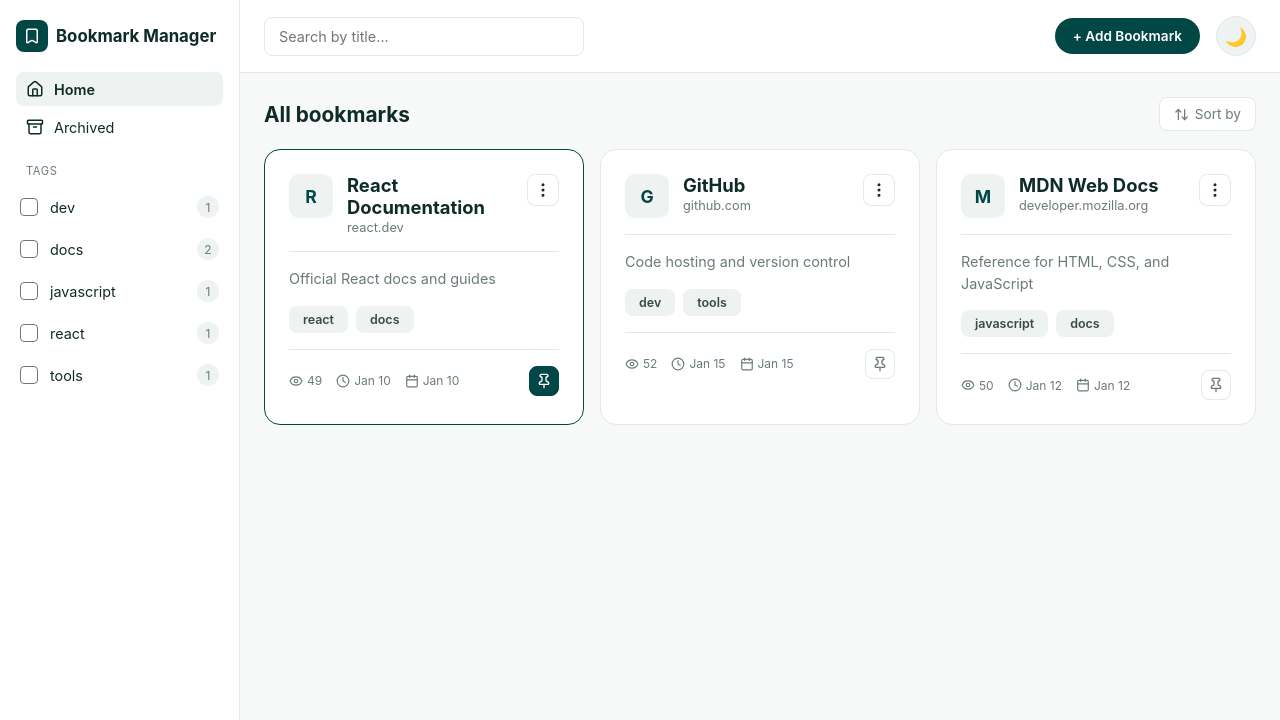
Repository: K0k1M4r/Big-Game-React
Page: /
These files come from the project's save history. The page is drawn as it stood at one moment and after the next save; the edit follows.
The browser window is 1280 px wide. The pictures show the whole page.
The project was rebuilt for these pictures with package versions that can differ from the ones it lists, and the page was loaded fresh each time. Also part of the build but not shown: vite.config.js, src/components/Modal.jsx, src/components/BookmarkForm.jsx, src/components/ConfirmModal.jsx.

Above is the page before, as saved 2026-10-02 02:47:49.

### index.html
<!doctype html>
<html lang="en">
  <head>
    <meta charset="UTF-8" />
    <link rel="icon" type="image/svg+xml" href="/favicon.svg" />
    <meta name="viewport" content="width=device-width, initial-scale=1.0" />
    <title>bookmark-manager</title>
  </head>
  <body>
    <div id="root"></div>
    <script type="module" src="/src/main.jsx"></script>
  </body>
</html>

### src/App.jsx
import { useState, useEffect } from "react";
import Header from "./components/Layout/Header";
import Sidebar from "./components/Layout/Sidebar";
import SortSelect from "./components/SortSelect";
import BookmarkList from "./components/BookmarkList";
import Modal from "./components/Modal";
import BookmarkForm from "./components/BookmarkForm";
import ConfirmModal from "./components/ConfirmModal";

const CONFIRM_CONFIG = {
  archive: {
    title: "Archive bookmark",
    message: "Are you sure you want to archive this bookmark?",
    confirmLabel: "Archive",
  },
  unarchive: {
    title: "Unarchive bookmark",
    message: "Move this bookmark back to your active list?",
    confirmLabel: "Unarchive",
  },
  delete: {
    title: "Delete bookmark",
    message: "Are you sure you want to delete this bookmark?",
    confirmLabel: "Delete Permanently",
    destructive: true,
  },
};

function App() {
  const [bookmarks, setBookmarks] = useState([]);
  const [isLoading, setIsLoading] = useState(true);
  const [isModalOpen, setIsModalOpen] = useState(false);
  const [editingBookmark, setEditingBookmark] = useState(null);
  const [currentView, setCurrentView] = useState("all");
  const [searchTerm, setSearchTerm] = useState("");
  const [selectedTag, setSelectedTag] = useState("All");
  const [sortOption, setSortOption] = useState("newest");
  const [isSidebarOpen, setIsSidebarOpen] = useState(false);
  const [pendingAction, setPendingAction] = useState(null); // { type: "archive" | "unarchive" | "delete", id }
  const [theme, setTheme] = useState(
    () => localStorage.getItem("theme") || "light"
  );

  useEffect(() => {
    const stored = localStorage.getItem("bookmarks");

    if (stored) {
      setTimeout(() => {
        setBookmarks(JSON.parse(stored));
        setIsLoading(false);
      }, 800);
    } else {
      fetch("/data/bookmarks.json")
        .then((res) => res.json())
        .then((data) => {
          setTimeout(() => {
            setBookmarks(data);
            setIsLoading(false);
          }, 800);
        })
        .catch((err) => {
          console.error("Failed to load bookmarks:", err);
          setIsLoading(false);
        });
    }
  }, []);

  useEffect(() => {
    if (!isLoading) {
      localStorage.setItem("bookmarks", JSON.stringify(bookmarks));
    }
  }, [bookmarks, isLoading]);

  useEffect(() => {
    localStorage.setItem("theme", theme);
    document.documentElement.setAttribute("data-theme", theme);
  }, [theme]);

  function toggleTheme() {
    setTheme((prev) => (prev === "light" ? "dark" : "light"));
  }

  function handleAddBookmark(newBookmark) {
    setBookmarks((prev) => [...prev, newBookmark]);
    closeModal();
  }

  function handleUpdateBookmark(updatedBookmark) {
    setBookmarks((prev) =>
      prev.map((b) => (b.id === updatedBookmark.id ? updatedBookmark : b))
    );
    closeModal();
  }

  function handleTogglePin(id) {
    setBookmarks((prev) =>
      prev.map((b) => (b.id === id ? { ...b, pinned: !b.pinned } : b))
    );
  }

  function handleRequestArchiveToggle(id) {
    const bookmark = bookmarks.find((b) => b.id === id);
    if (!bookmark) return;
    setPendingAction({ type: bookmark.archived ? "unarchive" : "archive", id });
  }

  function handleRequestDelete(id) {
    setPendingAction({ type: "delete", id });
  }

  function confirmPendingAction() {
    if (!pendingAction) return;
    const { type, id } = pendingAction;

    if (type === "delete") {
      setBookmarks((prev) => prev.filter((b) => b.id !== id));
    } else {
      setBookmarks((prev) =>
        prev.map((b) => (b.id === id ? { ...b, archived: !b.archived } : b))
      );
    }

    setPendingAction(null);
  }

  function cancelPendingAction() {
    setPendingAction(null);
  }

  function openAddModal() {
    setEditingBookmark(null);
    setIsModalOpen(true);
  }

  function openEditModal(bookmark) {
    setEditingBookmark(bookmark);
    setIsModalOpen(true);
  }

  function closeModal() {
    setIsModalOpen(false);
    setEditingBookmark(null);
  }

  function handleChangeView(view) {
    setCurrentView(view);
    setIsSidebarOpen(false);
  }

  function handleSelectTag(tag) {
    setSelectedTag(tag);
    setIsSidebarOpen(false);
  }

  const viewFiltered = bookmarks.filter((b) =>
    currentView === "archived" ? b.archived : !b.archived
  );

  const searchFiltered = viewFiltered.filter((b) => {
    const term = searchTerm.trim().toLowerCase();
    if (!term) return true;
    return (
      b.title.toLowerCase().includes(term) ||
      b.description.toLowerCase().includes(term)
    );
  });

  const tagFiltered = searchFiltered.filter((b) =>
    selectedTag === "All" ? true : b.tags.includes(selectedTag)
  );

  const visibleBookmarks = [...tagFiltered].sort((a, b) => {
    if (a.pinned !== b.pinned) return a.pinned ? -1 : 1;

    switch (sortOption) {
      case "newest":
        return new Date(b.createdAt) - new Date(a.createdAt);
      case "oldest":
        return new Date(a.createdAt) - new Date(b.createdAt);
      case "az":
        return a.title.localeCompare(b.title);
      case "za":
        return b.title.localeCompare(a.title);
      default:
        return 0;
    }
  });

  const tagCounts = {};
  viewFiltered.forEach((b) => {
    b.tags.forEach((tag) => {
      tagCounts[tag] = (tagCounts[tag] || 0) + 1;
    });
  });
  const tagsWithCounts = Object.keys(tagCounts)
    .sort()
    .map((name) => ({ name, count: tagCounts[name] }));

  return (
    <div className="app">
      <div className="app-body">
        {isSidebarOpen && (
          <div
            className="sidebar-backdrop"
            onClick={() => setIsSidebarOpen(false)}
          />
        )}

        <Sidebar
          currentView={currentView}
          onChangeView={handleChangeView}
          tags={tagsWithCounts}
          selectedTag={selectedTag}
          onSelectTag={handleSelectTag}
          isOpen={isSidebarOpen}
          onClose={() => setIsSidebarOpen(false)}
        />

        <div className="main-column">
          <Header
            theme={theme}
            onToggleTheme={toggleTheme}
            searchTerm={searchTerm}
            onSearchChange={setSearchTerm}
            onAddClick={openAddModal}
            onMenuClick={() => setIsSidebarOpen((prev) => !prev)}
          />

          <main className="app-main">
            <div className="content-header">
              <h2>{currentView === "archived" ? "Archived" : "All bookmarks"}</h2>
              <SortSelect sortOption={sortOption} onSortChange={setSortOption} />
            </div>

            {isLoading ? (
              <p>Loading bookmarks...</p>
            ) : (
              <BookmarkList
                bookmarks={visibleBookmarks}
                onEdit={openEditModal}
                onDelete={handleRequestDelete}
                onTogglePin={handleTogglePin}
                onToggleArchive={handleRequestArchiveToggle}
                currentView={currentView}
                searchTerm={searchTerm}
              />
            )}
          </main>
        </div>
      </div>

      {isModalOpen && (
        <Modal onClose={closeModal}>
          <BookmarkForm
            key={editingBookmark ? editingBookmark.id : "new"}
            initialData={editingBookmark}
            onSave={editingBookmark ? handleUpdateBookmark : handleAddBookmark}
            onCancel={closeModal}
          />
        </Modal>
      )}

      {pendingAction && (
        <ConfirmModal
          {...CONFIRM_CONFIG[pendingAction.type]}
          onConfirm={confirmPendingAction}
          onCancel={cancelPendingAction}
        />
      )}
    </div>
  );
}

export default App;

### src/components/Layout/Header.jsx
import SearchBar from "../SearchBar";

function Header({ theme, onToggleTheme, searchTerm, onSearchChange, onAddClick, onMenuClick }) {
  return (
    <header className="app-header">
      <button className="menu-btn" onClick={onMenuClick} aria-label="Toggle menu">
        ☰
      </button>

      <SearchBar searchTerm={searchTerm} onSearchChange={onSearchChange} />

      <button className="add-bookmark-btn" onClick={onAddClick}>
        <span className="add-bookmark-text">+ Add Bookmark</span>
        <span className="add-bookmark-icon">+</span>
      </button>

      <button
        className="theme-avatar-btn"
        onClick={onToggleTheme}
        title="Toggle theme"
      >
        {theme === "light" ? "🌙" : "☀️"}
      </button>
    </header>
  );
}

export default Header;

### src/components/Layout/Sidebar.jsx
import { Bookmark, Home, Archive, X } from "lucide-react";

function Sidebar({ currentView, onChangeView, tags = [], selectedTag, onSelectTag, isOpen, onClose }) {
  return (
    <nav className={`sidebar ${isOpen ? "sidebar-open" : ""}`}>
      <div className="sidebar-logo">
        <span className="logo-icon">
          <Bookmark size={18} />
        </span>
        Bookmark Manager

        <button
          className="sidebar-close-btn"
          onClick={onClose}
          aria-label="Close menu"
        >
          <X size={20} />
        </button>
      </div>

      <button
        className={currentView === "all" ? "active" : ""}
        onClick={() => onChangeView("all")}
      >
        <Home size={18} /> Home
      </button>
      <button
        className={currentView === "archived" ? "active" : ""}
        onClick={() => onChangeView("archived")}
      >
        <Archive size={18} /> Archived
      </button>

      <p className="sidebar-tags-label">Tags</p>

      <div className="sidebar-tags">
        {tags.map(({ name, count }) => (
          <label key={name} className="sidebar-tag">
            <input
              type="checkbox"
              checked={selectedTag === name}
              onChange={() =>
                onSelectTag(selectedTag === name ? "All" : name)
              }
            />
            <span className="tag-name">{name}</span>
            <span className="tag-count">{count}</span>
          </label>
        ))}
      </div>
    </nav>
  );
}

export default Sidebar;

### src/components/SortSelect.jsx
import { useState, useRef, useEffect } from "react";
import { ArrowUpDown, Check } from "lucide-react";

const OPTIONS = [
  { value: "newest", label: "Newest" },
  { value: "oldest", label: "Oldest" },
  { value: "az", label: "A-Z" },
  { value: "za", label: "Z-A" },
];

function SortSelect({ sortOption, onSortChange }) {
  const [open, setOpen] = useState(false);
  const wrapperRef = useRef(null);

  useEffect(() => {
    function handleClickOutside(e) {
      if (wrapperRef.current && !wrapperRef.current.contains(e.target)) {
        setOpen(false);
      }
    }
    document.addEventListener("mousedown", handleClickOutside);
    return () => document.removeEventListener("mousedown", handleClickOutside);
  }, []);

  return (
    <div className="sort-wrapper" ref={wrapperRef}>
      <button
        type="button"
        className="sort-trigger"
        onClick={() => setOpen((prev) => !prev)}
      >
        <ArrowUpDown size={15} />
        Sort by
      </button>

      {open && (
        <div className="sort-dropdown">
          {OPTIONS.map((opt) => (
            <button
              key={opt.value}
              type="button"
              className={opt.value === sortOption ? "active" : ""}
              onClick={() => {
                onSortChange(opt.value);
                setOpen(false);
              }}
            >
              <span>{opt.label}</span>
              {opt.value === sortOption && <Check size={16} />}
            </button>
          ))}
        </div>
      )}
    </div>
  );
}

export default SortSelect;

### src/components/BookmarkList.jsx
import BookmarkCard from "./BookmarkCard";

function BookmarkList({ bookmarks, onEdit, onDelete, onTogglePin, onToggleArchive, currentView, searchTerm }) {
  if (bookmarks.length === 0) {
    let message = "No bookmarks yet. Add one to get started!";

    if (searchTerm.trim()) {
      message = `No bookmarks match "${searchTerm}".`;
    } else if (currentView === "archived") {
      message = "No archived bookmarks.";
    }

    return <p className="empty-state">{message}</p>;
  }

  return (
    <div className="bookmark-list">
      {bookmarks.map((bookmark) => (
        <BookmarkCard
          key={bookmark.id}
          bookmark={bookmark}
          onEdit={onEdit}
          onDelete={onDelete}
          onTogglePin={onTogglePin}
          onToggleArchive={onToggleArchive}
        />
      ))}
    </div>
  );
}

export default BookmarkList;

### src/components/SearchBar.jsx
function SearchBar({ searchTerm, onSearchChange }) {
  return (
    <input
      type="text"
      placeholder="Search by title..."
      className="search-bar"
      value={searchTerm}
      onChange={(e) => onSearchChange(e.target.value)}
    />
  );
}

export default SearchBar;

### src/components/BookmarkCard.jsx
import { useState, useRef, useEffect } from "react";
import {
  MoreVertical,
  Eye,
  Calendar,
  Clock,
  Pin,
  PinOff,
  ExternalLink,
  Copy,
  Pencil,
  Archive,
  Trash2,
} from "lucide-react";
import TagList from "./TagList";

function getInitial(title) {
  return title.charAt(0).toUpperCase();
}

function formatDate(dateString) {
  return new Date(dateString).toLocaleDateString("en-US", {
    day: "numeric",
    month: "short",
  });
}

// Not a real analytics number — this app doesn't track views.
// Derived deterministically from the bookmark id so it stays stable
// across renders instead of changing randomly.
function pseudoViewCount(id) {
  let hash = 0;
  for (let i = 0; i < id.length; i++) {
    hash = (hash * 31 + id.charCodeAt(i)) % 1000;
  }
  return Math.abs(hash);
}

function getDomain(url) {
  try {
    return new URL(url).hostname.replace("www.", "");
  } catch {
    return url;
  }
}

function BookmarkCard({ bookmark, onEdit, onDelete, onTogglePin, onToggleArchive }) {
  const [menuOpen, setMenuOpen] = useState(false);
  const menuRef = useRef(null);

  useEffect(() => {
    function handleClickOutside(e) {
      if (menuRef.current && !menuRef.current.contains(e.target)) {
        setMenuOpen(false);
      }
    }
    document.addEventListener("mousedown", handleClickOutside);
    return () => document.removeEventListener("mousedown", handleClickOutside);
  }, []);

  function runAndClose(action) {
    action();
    setMenuOpen(false);
  }

  return (
    <div className={`bookmark-card ${bookmark.pinned ? "pinned" : ""}`}>
      <div className="bookmark-card-header">
        <div className="bookmark-favicon">{getInitial(bookmark.title)}</div>
        <div className="bookmark-title-group">
          <h3>{bookmark.title}</h3>
          <p className="bookmark-domain">{getDomain(bookmark.url)}</p>
        </div>

        <div className="card-menu" ref={menuRef}>
          <button
            className="card-menu-btn"
            onClick={() => setMenuOpen((prev) => !prev)}
            aria-label="More actions"
          >
            <MoreVertical size={18} />
          </button>

          {menuOpen && (
            <div className="card-menu-dropdown">
              <a
                href={bookmark.url}
                target="_blank"
                rel="noopener noreferrer"
                onClick={() => setMenuOpen(false)}
              >
                <ExternalLink size={16} /> Visit
              </a>
              <button onClick={() => runAndClose(() => navigator.clipboard.writeText(bookmark.url))}>
                <Copy size={16} /> Copy URL
              </button>
              <button onClick={() => runAndClose(() => onTogglePin(bookmark.id))}>
                {bookmark.pinned ? <PinOff size={16} /> : <Pin size={16} />}
                {bookmark.pinned ? "Unpin" : "Pin"}
              </button>
              <button onClick={() => runAndClose(() => onEdit(bookmark))}>
                <Pencil size={16} /> Edit
              </button>
              <button onClick={() => runAndClose(() => onToggleArchive(bookmark.id))}>
                <Archive size={16} /> {bookmark.archived ? "Restore" : "Archive"}
              </button>
              <button className="menu-delete" onClick={() => runAndClose(() => onDelete(bookmark.id))}>
                <Trash2 size={16} /> Delete
              </button>
            </div>
          )}
        </div>
      </div>

      <div className="bookmark-divider" />

      <p className="description">{bookmark.description}</p>

      <TagList tags={bookmark.tags} />

      <div className="bookmark-divider" />

      <div className="bookmark-meta">
        <span className="meta-item">
          <Eye size={14} /> {pseudoViewCount(bookmark.id)}
        </span>
        <span className="meta-item">
          <Clock size={14} /> {formatDate(bookmark.createdAt)}
        </span>
        <span className="meta-item">
          <Calendar size={14} /> {formatDate(bookmark.createdAt)}
        </span>

        <button
          className={`pin-icon-btn ${bookmark.pinned ? "active" : ""}`}
          onClick={() => onTogglePin(bookmark.id)}
          aria-label={bookmark.pinned ? "Unpin" : "Pin"}
        >
          <Pin size={16} />
        </button>
      </div>
    </div>
  );
}

export default BookmarkCard;

### src/components/TagList.jsx
function TagList({ tags }) {
  return (
    <ul className="tag-list">
      {tags.map((tag) => (
        <li key={tag} className="tag">{tag}</li>
      ))}
    </ul>
  );
}

export default TagList

Loaded but not shown: src/main.jsx (common file); public/data/bookmarks.json (46 lines, source omitted); src/index.css (849 lines, source omitted)

After the next save:
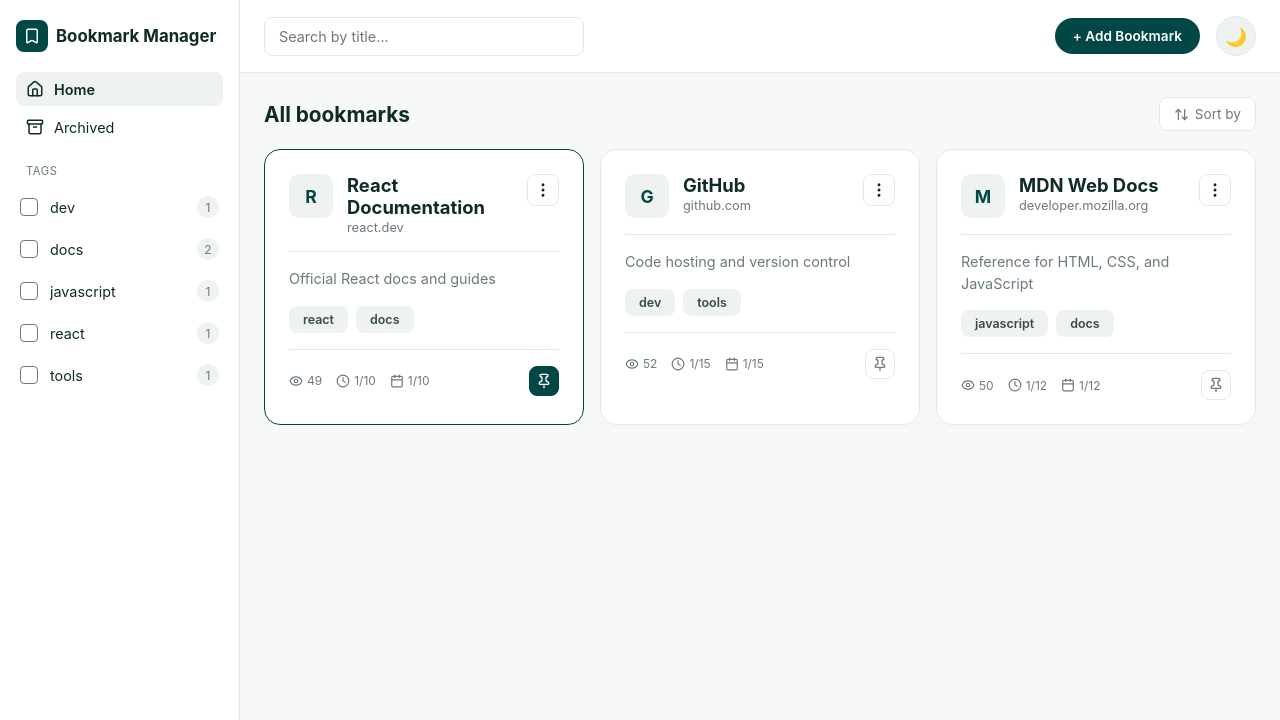
Saved 10 h 32 min later.
--- a/src/components/BookmarkCard.jsx
+++ b/src/components/BookmarkCard.jsx
@@ -21,7 +21,7 @@
 function formatDate(dateString) {
   return new Date(dateString).toLocaleDateString("en-US", {
     day: "numeric",
-    month: "short",
+    month: "numeric",
   });
 }
 

After the save that followed:
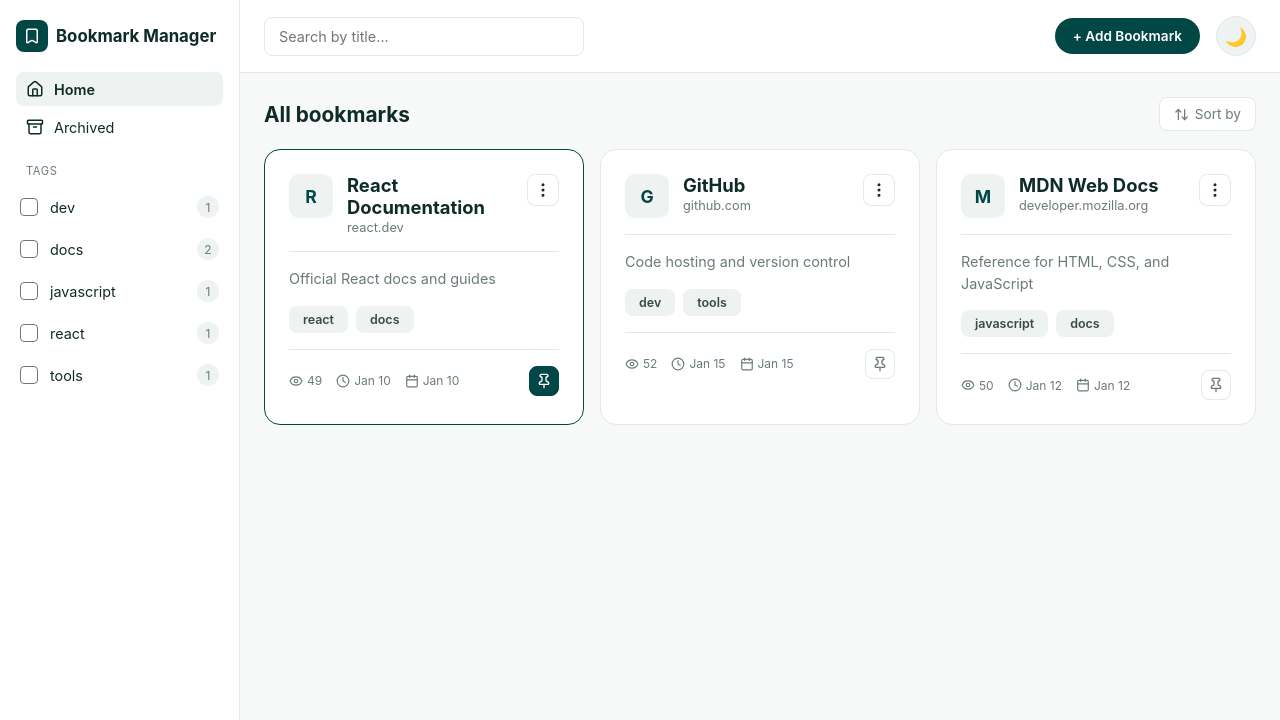
Saved 11 s later.
--- a/src/components/BookmarkCard.jsx
+++ b/src/components/BookmarkCard.jsx
@@ -21,7 +21,7 @@
 function formatDate(dateString) {
   return new Date(dateString).toLocaleDateString("en-US", {
     day: "numeric",
-    month: "numeric",
+    month: "short",
   });
 }
 
